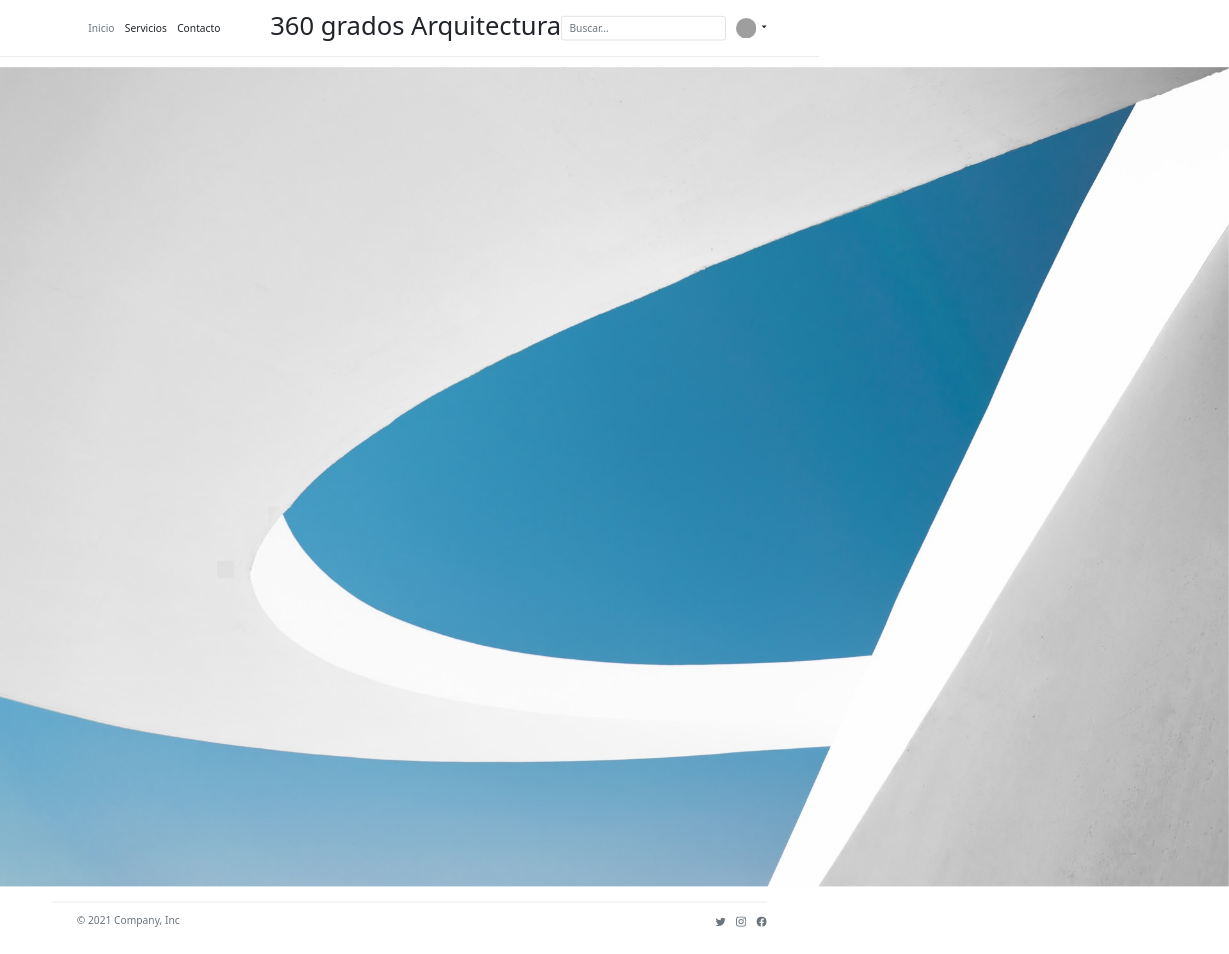
Repository: RaquelAlvarezz/Recuperaci-n-Bootstrap
Page: http://localhost/index.php
These files come from the project's save history. The page is drawn as it stood at one moment and after the next save; the edit follows.
The browser window is 1280 px wide. The page is 1920 px wide, so the pictures cover 1920 px, including what lies to the right of the window. The pictures show the whole page, at 64% of full size.
Pictures or frames that could not be fetched are drawn as grey boxes. The page is run by PHP 8.4 with error messages shown; the project is at /var/www/html/.

Above is the page before, as saved 2022-02-17 11:59:54.

### index.php
<!DOCTYPE html>
<html lang="es">
<head>
    <meta charset="UTF-8">
    <meta name="viewport" content="width=device-width, initial-scale=1.0">
    <link rel="stylesheet" href="../css/styles.css">
    <link rel="icon" type="image/jpg" href="./img/bosquejo.png"/>
    <title>360 grados Arquitectura</title>
    <link href="https://cdn.jsdelivr.net/npm/bootstrap@5.1.3/dist/css/bootstrap.min.css" rel="stylesheet" integrity="sha384-1BmE4kWBq78iYhFldvKuhfTAU6auU8tT94WrHftjDbrCEXSU1oBoqyl2QvZ6jIW3" crossorigin="anonymous">
</head>
<body>

<?php include "header.php"; ?>

<main>
     <image src="./img/pexels-matheus-natan-3297593.jpg"></image>

    </main>
    <?php include "footer.php"; ?>


</body>
</html>

### header.php
<link rel="stylesheet" href="./css/styles.css">
<header class="p-3 mb-3 border-bottom">
        <div class="container">
          <div class="d-flex flex-wrap align-items-center justify-content-center justify-content-lg-start">
            <a href="/" class="d-flex align-items-center mb-2 mb-lg-0 text-dark text-decoration-none">
              <svg class="bi me-2" width="40" height="32" role="img" aria-label="Bootstrap"><use xlink:href="#bootstrap"/></svg>
            </a>

            <ul class="nav col-12 col-lg-auto me-lg-auto mb-2 justify-content-center mb-md-0">
              <li><a href="./index.php" class="nav-link px-2 link-secondary">Inicio</a></li>
              <li><a href="./servicios.php" class="nav-link px-2 link-dark">Servicios</a></li>
              <li><a href="./contacto.php" class="nav-link px-2 link-dark">Contacto</a></li>

            </ul>
    <div><h1>360 grados Arquitectura </h1></div>
            <form class="col-12 col-lg-auto mb-3 mb-lg-0 me-lg-3">
              <input type="search" class="form-control" placeholder="Buscar..." aria-label="Search">
            </form>

            <div class="dropdown text-end">
              <a href="#" class="d-block link-dark text-decoration-none dropdown-toggle" id="dropdownUser1" data-bs-toggle="dropdown" aria-expanded="false">
                <img src="img/perfil.png" alt="mdo" width="32" height="32" class="rounded-circle">
              </a>
              <ul class="dropdown-menu text-small" aria-labelledby="dropdownUser1">
                <li><a class="dropdown-item" href="#">New project...</a></li>
                <li><a class="dropdown-item" href="#">Settings</a></li>
                <li><a class="dropdown-item" href="#">Profile</a></li>
                <li><hr class="dropdown-divider"></li>
                <li><a class="dropdown-item" href="#">Sign out</a></li>
              </ul>
            </div>
          </div>
        </div>
      </header>

### footer.php
<div class="container">
        <footer class="d-flex flex-wrap justify-content-between align-items-center py-3 my-4 border-top">
          <div class="col-md-4 d-flex align-items-center">
            <a href="/" class="mb-3 me-2 mb-md-0 text-muted text-decoration-none lh-1">
              <svg class="bi" width="30" height="24"><use xlink:href="#bootstrap"/></svg>
            </a>
            <span class="text-muted">&copy; 2021 Company, Inc</span>
          </div>

          <ul class="nav col-md-4 justify-content-end list-unstyled d-flex">
            <li class="ms-3"><a class="text-muted" href="#"><svg xmlns="http://www.w3.org/2000/svg" width="16" height="16" fill="currentColor" class="bi bi-twitter" viewBox="0 0 16 16">
                <path d="M5.026 15c6.038 0 9.341-5.003 9.341-9.334 0-.14 0-.282-.006-.422A6.685 6.685 0 0 0 16 3.542a6.658 6.658 0 0 1-1.889.518 3.301 3.301 0 0 0 1.447-1.817 6.533 6.533 0 0 1-2.087.793A3.286 3.286 0 0 0 7.875 6.03a9.325 9.325 0 0 1-6.767-3.429 3.289 3.289 0 0 0 1.018 4.382A3.323 3.323 0 0 1 .64 6.575v.045a3.288 3.288 0 0 0 2.632 3.218 3.203 3.203 0 0 1-.865.115 3.23 3.23 0 0 1-.614-.057 3.283 3.283 0 0 0 3.067 2.277A6.588 6.588 0 0 1 .78 13.58a6.32 6.32 0 0 1-.78-.045A9.344 9.344 0 0 0 5.026 15z"/>
              </svg></a></li>
            <li class="ms-3"><a class="text-muted" href="#"><svg xmlns="http://www.w3.org/2000/svg" width="16" height="16" fill="currentColor" class="bi bi-instagram" viewBox="0 0 16 16">
                <path d="M8 0C5.829 0 5.556.01 4.703.048 3.85.088 3.269.222 2.76.42a3.917 3.917 0 0 0-1.417.923A3.927 3.927 0 0 0 .42 2.76C.222 3.268.087 3.85.048 4.7.01 5.555 0 5.827 0 8.001c0 2.172.01 2.444.048 3.297.04.852.174 1.433.372 1.942.205.526.478.972.923 1.417.444.445.89.719 1.416.923.51.198 1.09.333 1.942.372C5.555 15.99 5.827 16 8 16s2.444-.01 3.298-.048c.851-.04 1.434-.174 1.943-.372a3.916 3.916 0 0 0 1.416-.923c.445-.445.718-.891.923-1.417.197-.509.332-1.09.372-1.942C15.99 10.445 16 10.173 16 8s-.01-2.445-.048-3.299c-.04-.851-.175-1.433-.372-1.941a3.926 3.926 0 0 0-.923-1.417A3.911 3.911 0 0 0 13.24.42c-.51-.198-1.092-.333-1.943-.372C10.443.01 10.172 0 7.998 0h.003zm-.717 1.442h.718c2.136 0 2.389.007 3.232.046.78.035 1.204.166 1.486.275.373.145.64.319.92.599.28.28.453.546.598.92.11.281.24.705.275 1.485.039.843.047 1.096.047 3.231s-.008 2.389-.047 3.232c-.035.78-.166 1.203-.275 1.485a2.47 2.47 0 0 1-.599.919c-.28.28-.546.453-.92.598-.28.11-.704.24-1.485.276-.843.038-1.096.047-3.232.047s-2.39-.009-3.233-.047c-.78-.036-1.203-.166-1.485-.276a2.478 2.478 0 0 1-.92-.598 2.48 2.48 0 0 1-.6-.92c-.109-.281-.24-.705-.275-1.485-.038-.843-.046-1.096-.046-3.233 0-2.136.008-2.388.046-3.231.036-.78.166-1.204.276-1.486.145-.373.319-.64.599-.92.28-.28.546-.453.92-.598.282-.11.705-.24 1.485-.276.738-.034 1.024-.044 2.515-.045v.002zm4.988 1.328a.96.96 0 1 0 0 1.92.96.96 0 0 0 0-1.92zm-4.27 1.122a4.109 4.109 0 1 0 0 8.217 4.109 4.109 0 0 0 0-8.217zm0 1.441a2.667 2.667 0 1 1 0 5.334 2.667 2.667 0 0 1 0-5.334z"/>
              </svg></a></li>
            <li class="ms-3"><a class="text-muted" href="#"><svg xmlns="http://www.w3.org/2000/svg" width="16" height="16" fill="currentColor" class="bi bi-facebook" viewBox="0 0 16 16">
                <path d="M16 8.049c0-4.446-3.582-8.05-8-8.05C3.58 0-.002 3.603-.002 8.05c0 4.017 2.926 7.347 6.75 7.951v-5.625h-2.03V8.05H6.75V6.275c0-2.017 1.195-3.131 3.022-3.131.876 0 1.791.157 1.791.157v1.98h-1.009c-.993 0-1.303.621-1.303 1.258v1.51h2.218l-.354 2.326H9.25V16c3.824-.604 6.75-3.934 6.75-7.951z"/>
              </svg></a></li>
          </ul>
        </footer>
      </div>

Loaded but not shown: css/styles.css (no stored copy; drawn as an empty file)

After the next save:
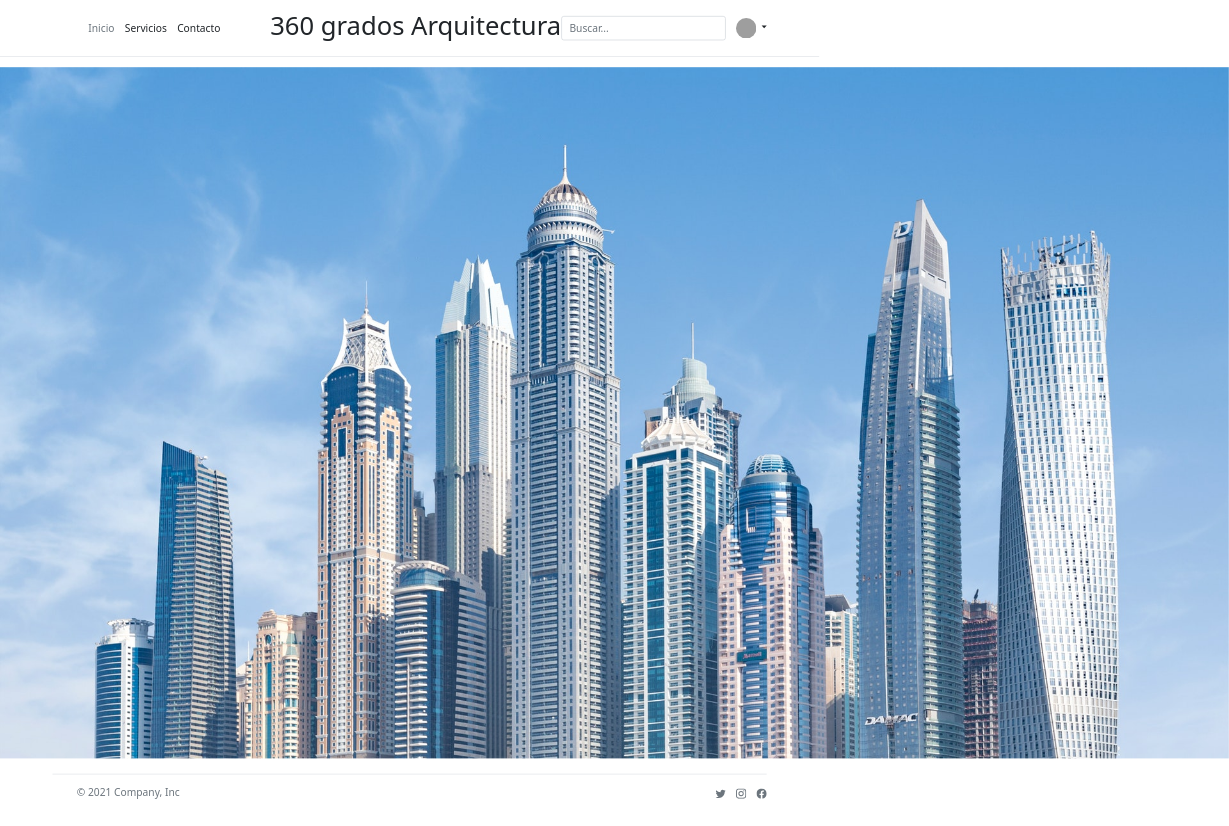
Saved 2 min 4 s later.
--- a/index.php
+++ b/index.php
@@ -13,7 +13,7 @@
 <?php include "header.php"; ?>
 
 <main>
-     <image src="./img/pexels-matheus-natan-3297593.jpg"></image>
+     <image src="./img/pexels-aleksandar-pasaric-618079.jpg"></image>
 
     </main>
     <?php include "footer.php"; ?>
